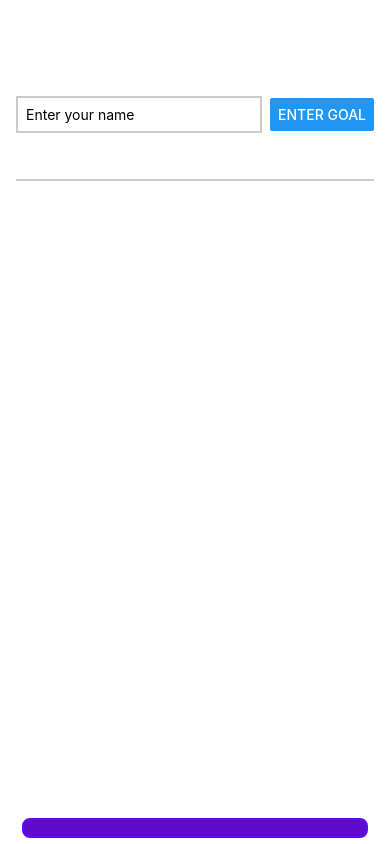
Repository: thezaidbintariq/RNCourse
Screen: /, after clicking the first element matching `button.css-view-175oi2r`
An editor plug-in stored every save of this project. The screen is shown before and after a run of saves, followed by the edit.
The app was drawn by React Native's web renderer in a window 390 px wide. The project was rebuilt for these pictures with package versions that can differ from the ones it lists, and the page was loaded fresh each time.

Above is the screen before, as saved 2022-08-09 16:34:43.

### App.js
import { Button, StyleSheet, Text, TextInput, View } from 'react-native';
import {useState} from 'react';
import { ScrollView } from 'react-native-web';


export default function App() {
  const [enteredGoal, setEnteredGoal] = useState('');
  const [courseGoals, setCourseGoals] = useState([]);

  const HandleInput = (text) => {
    setEnteredGoal(text);
  }
  const addGoalHandler = () => {
    setCourseGoals(currentGoals => [...currentGoals, enteredGoal]);
  }


  return (
    <View style={styles.appContainer}>
      <View style={styles.inputContainer}>
        <TextInput style={styles.input} placeholder="Enter your name" onChangeText={HandleInput} />
        <Button title="Enter Goal" onPress={addGoalHandler}/>
      </View>
      <View style={styles.goalsContainer}>
        <ScrollView></ScrollView>
        {courseGoals.map((goal, index) => {
          return <View key={index} style={styles.goal}>
            <Text style={styles.goalText}>{goal}</Text>
          </View>
        })
        }
      </View>
    </View>
  );
}

const styles = StyleSheet.create({
  appContainer : {
   paddingTop: 50,
   paddingHorizontal: 16,
   flex: 1
  },
  inputContainer: {
    flexDirection: 'row',
    justifyContent: 'space-between',
    alignItems: 'center',
    marginBottom: 16,
    borderBottomWidth: 2,
    borderColor: '#ccc',
    flex: 1
  },
  input: {
    width: '70%',
    borderColor: '#cccccc',
    borderWidth: 2,
    padding: 8,
    marginRight: 8
  },
  goalsContainer: {
    flex: 5

  },
  goal: {
    padding: 8,
    margin: 6,
    backgroundColor: '#5e0acc',
    borderColor: '#5e0aff',
    borderWidth: 2,
    borderRadius: 8,

  },
  goalText : {
    color: '#ffffff'

  }
}
);

After the next 3 saves:
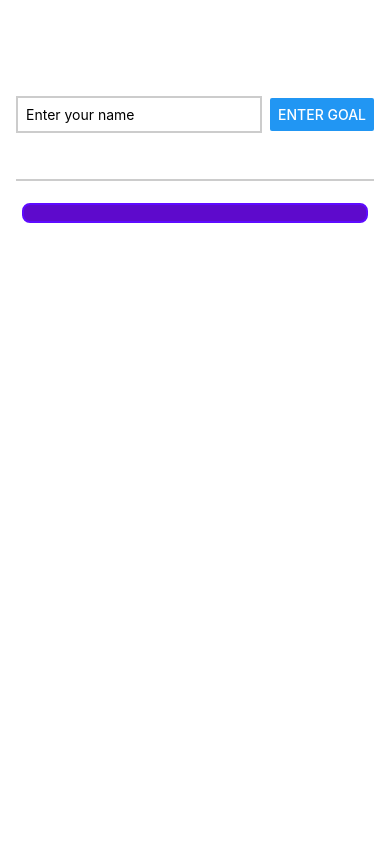
The 3 saves are shown as one change because they came seconds apart.
The last was saved 8 s later.
--- a/App.js
+++ b/App.js
@@ -22,13 +22,14 @@ export default function App() {
         <Button title="Enter Goal" onPress={addGoalHandler}/>
       </View>
       <View style={styles.goalsContainer}>
-        <ScrollView></ScrollView>
+        <ScrollView>
         {courseGoals.map((goal, index) => {
           return <View key={index} style={styles.goal}>
             <Text style={styles.goalText}>{goal}</Text>
           </View>
         })
         }
+        </ScrollView>
       </View>
     </View>
   );
